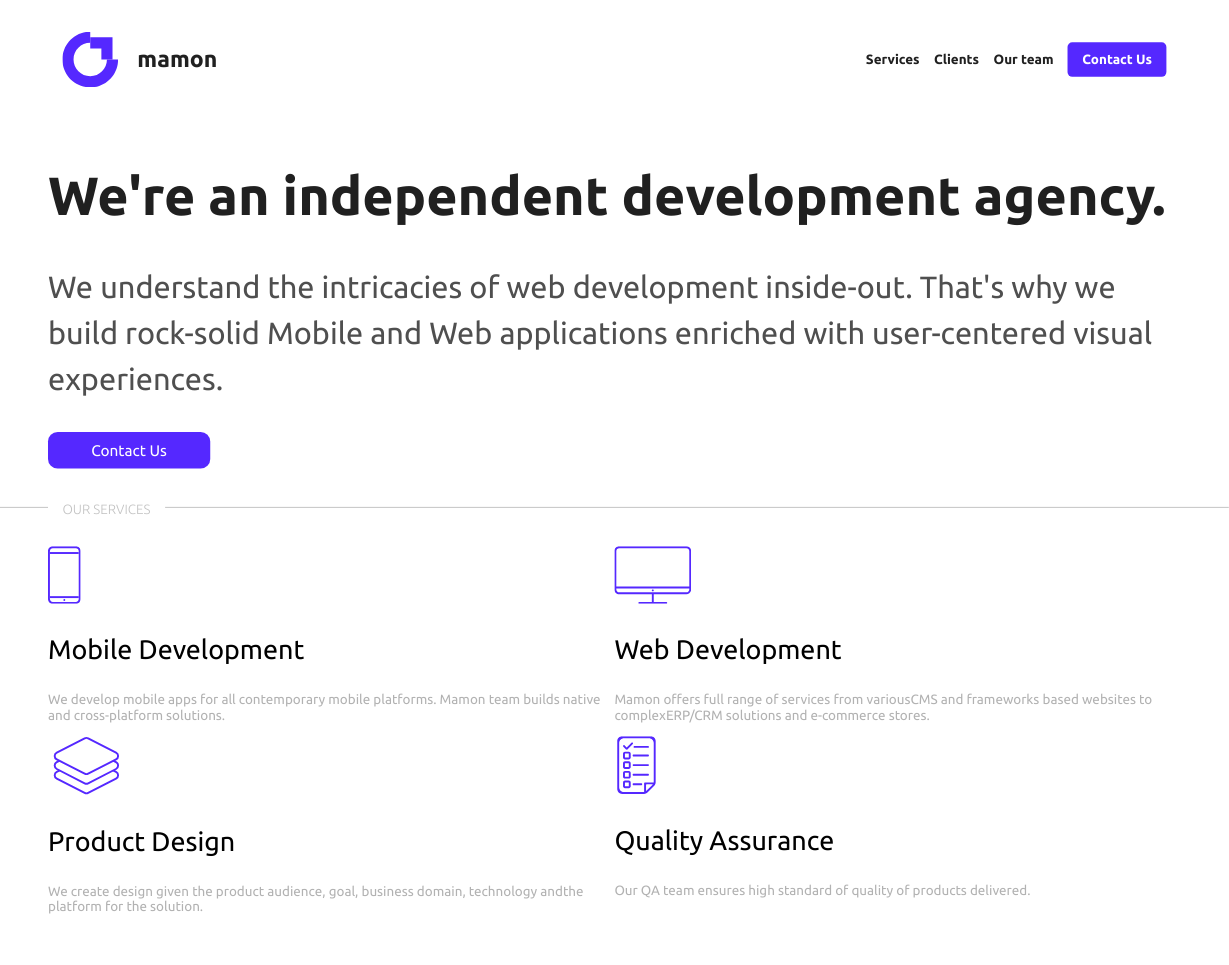
Repository: Vitalii23081984/testHGC
Page: index.html
The author's editor kept a copy of each file at every save. The page is drawn from the files as they stood at one save, then again after the next save.
The browser window is 1280 px wide. The pictures show the whole page, at 96% of full size.

Above is the page before, as saved 2022-11-20 17:47:06.

### index.html
<!DOCTYPE html>
<html lang="en">
<head>
    <meta charset="UTF-8">
    <meta http-equiv="X-UA-Compatible" content="IE=edge">
    <meta name="viewport" content="width=device-width, initial-scale=1.0">
    <title>Mamon</title>
    <link href="https://fonts.googleapis.com/css2?family=Ubuntu:wght@300;400;700&display=swap" rel="stylesheet">
    <link rel="stylesheet" href="https://cdnjs.cloudflare.com/ajax/libs/normalize/8.0.1/normalize.css">
    <link rel="stylesheet" href="css/style.css">
</head>
<body>
    <header>
        <div class="header">
            <a href="" class="logo">
                <span class="logo_img"></span>
                <span class="logo_text">mamon</span></a>
            <nav>
                <ul class="nav">
                    <li><a href="">Services</a></li>
                    <li><a href="">Clients</a></li>
                    <li><a href="">Our team</a></li>
                    <li><button class="nav_btn" type="button">Contact Us</button></li>
                </ul>
            </nav>
        </div>

    </header>
    <div class="page">
        <div class="wrap">
            <h1 class="title-main">We're an independent development agency.</h1>
            <p class="text-main">We understand the intricacies of web development inside-out. That's why we build rock-solid Mobile and Web applications enriched with user-centered visual experiences.</p>
            <button type="button" class="button">Contact Us</button>
        </div>
    </div>
    <div class="page page-top">
        <div class="wrap">
            <h2>OUR SERVICES</h2>
            <div class="services">
                <div class="service-item">
                    <img src="img/icon-1.svg" alt="">
                    <div>
                        <h3>Mobile Development</h3>
                        <p>We develop mobile apps for all contemporary mobile platforms. Mamon team builds native and cross-platform solutions.</p>
                    </div>
                </div>
                <div class="service-item">
                    <img src="img/icon-2.svg" alt="">
                    <div>
                        <h3>Web Development</h3>
                        <p>Mamon offers full range of services from variousCMS and frameworks based websites to complexERP/CRM solutions and e-commerce stores.</p>
                    </div>
                </div>
                <div class="service-item">
                    <img src="img/icon3.svg" alt="">
                    <div>
                        <h3>Product Design</h3>
                        <p>We create design given the product audience, goal, business domain, technology andthe platform for the solution.</p>
                    </div>
                </div>
                <div class="service-item">
                    <img src="img/icon-4.svg" alt="">
                    <div>
                        <h3>Quality Assurance</h3>
                        <p> Our QA team ensures high standard of quality of products delivered.</p>
                    </div>
                </div>

            </div>
        </div>

    </div>

</body>
</html>

### css/style.css
body {
    font-family: 'Ubuntu', sans-serif;

}
.header {
    width: 100%;
    max-width: 1180px;
    margin: 0 auto;
    padding-left: 15px;
    padding-right: 15px;
    padding-top: 30px;
    display: flex;
    justify-content: space-between;
    align-items: center;
    box-sizing: border-box;
    font-weight: 700;
}
.wrap {
    width: 100%;
    max-width: 1180px;
    margin: 0 auto;
    padding-left: 15px;
    padding-right: 15px;

}
.nav {
    list-style-type: none;
    display: flex;
    justify-content: flex-start;
    align-items: center;
    font-size: 14px;

}
.nav>li {
    margin-left: 15px;
}
.nav>li>a {
    text-decoration: none;
    color: #202020;
}
.nav_btn {
    background-color: #5528FF;
    border-radius: 5px;
    padding: 10px 15px;
    color: white;
    border: none;
    font-weight: 700;
}
.logo {
    display: flex;
    align-items: center;
    text-decoration: none;
}
.logo_img {
    display: block;
    width: 58px;
    height: 58px;
    background-image: url(../img/logo.svg);
    margin-right: 20px;
}
.logo_text {
    font-size: 24px;
    color: #202020;

}
.title-main {
   font-size: 56px;
   color: #202020;
   font-weight: 700;

}
.text-main {
    font-size: 32px;
    line-height: 1.5;
    color: #4F4F4F;


}
.button {
    background-color: #5528FF;
    border-radius: 10px;
    padding: 10px 45px;
    color: white;
    border: none;
    font-weight: 24px;
}
.page {
    padding-top: 40px;
    padding-bottom: 40px;
    position: relative;
}
.page-top {
    border-top: 1px solid #c2c2c2;
}
.page h2 {
    position: absolute;
    top: -24px;
    font-size: 14px;
    font-weight: 300;
    background-color: white;
    padding: 5px 15px;
    color: #c2c2c2;
}
.services {
    display: grid;
    grid-template: 50% 50% / 50% 50%;

}
.services h3 {
    font-size: 28px;
    font-weight: 400;

}
.services p {
    font-size: 14px;
    color: #B2B2B2;


}

After the next save:
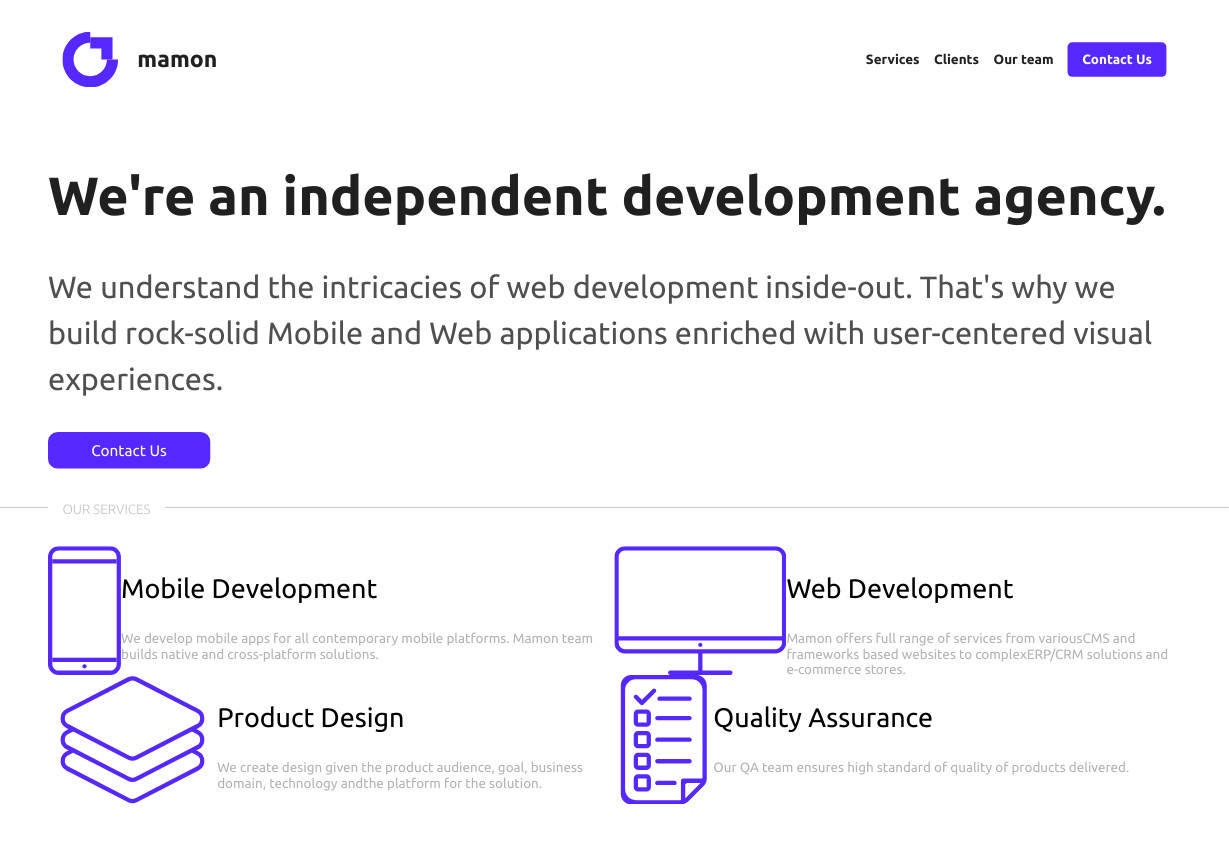
Saved 4 min 13 s later.
--- a/css/style.css
+++ b/css/style.css
@@ -106,6 +106,10 @@
     grid-template: 50% 50% / 50% 50%;
 
 }
+.service-item {
+    display: flex;
+    justify-content: flex-start;
+}
 .services h3 {
     font-size: 28px;
     font-weight: 400;
